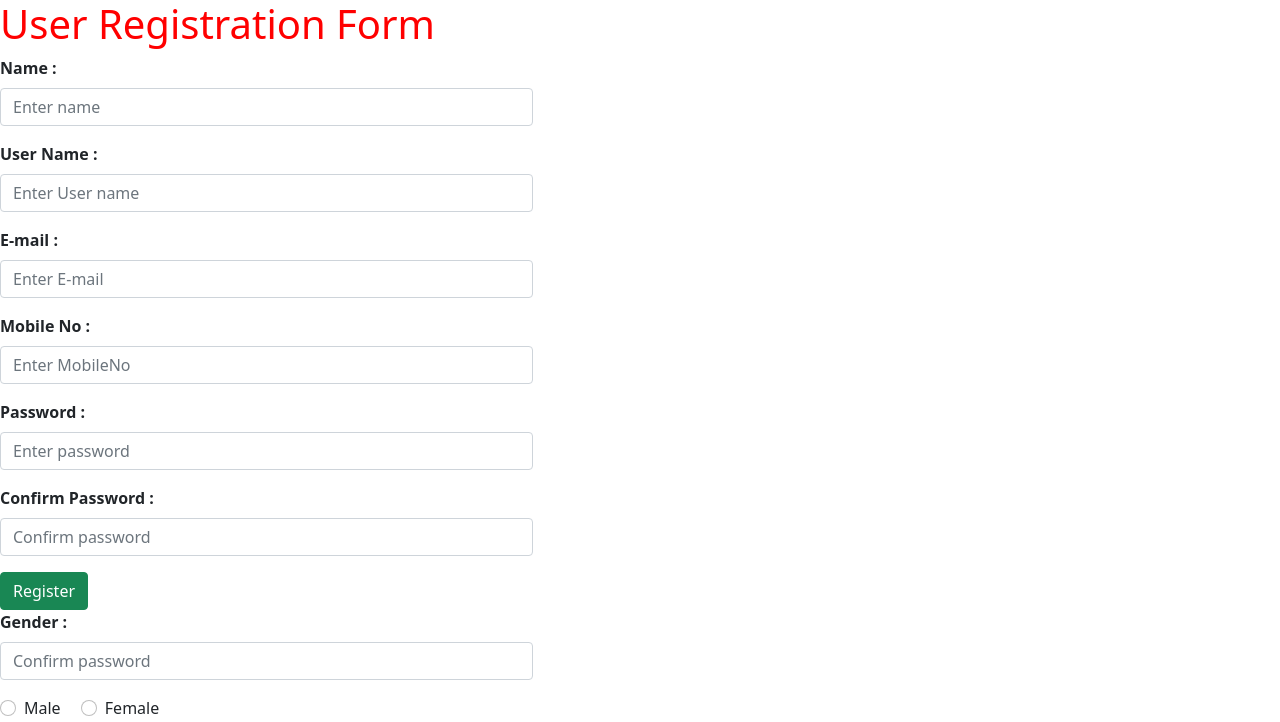
Repository: sntv1005/RegistrationForm
Page: http://localhost/register
These files come from the project's save history. The page is drawn as it stood at one moment and after the next save; the edit follows.
The browser window is 1280 px wide. The pictures show the whole page.
The page is this project's Thymeleaf template; nobody is signed in. The template is opened directly, without the code that normally fills it, so the values that code supplies are empty.

Above is the page before, as saved 2023-12-01 06:09:56.

### RegistrationForm/src/main/resources/templates/register.html
<!doctype html>
<html lang="en">
  <head>
    <meta charset="utf-8">
    <meta name="viewport" content="width=device-width, initial-scale=1">

    <link href="https://cdn.jsdelivr.net/npm/bootstrap@5.0.2/dist/css/bootstrap.min.css" rel="stylesheet" integrity="sha384-EVSTQN3/azprG1Anm3QDgpJLIm9Nao0Yz1ztcQTwFspd3yD65VohhpuuCOmLASjC" crossorigin="anonymous">

	 <script src="https://cdn.jsdelivr.net/npm/bootstrap@5.0.2/dist/js/bootstrap.bundle.min.js" integrity="sha384-MrcW6ZMFYlzcLA8Nl+NtUVF0sA7MsXsP1UyJoMp4YLEuNSfAP+JcXn/tWtIaxVXM" crossorigin="anonymous"></script>


    <title>Register Form </title>
  </head>
  <body>
	  <div class=""container>
		  <h1 style=" color: red"> User Registration Form </h1>

		  <form class="col-5">
			   <div class="mb-3" >
			       <label for="exampleFormControlInput1" class="form-label"><b>Name : </b></label>
			       <input type="name" class="form-control" id="exampleFormControlInput1" placeholder="Enter name">
		       </div>

		        <div class="mb-3" >
			       <label for="exampleFormControlInput1" class="form-label"><b>User Name : </b></label>
			       <input type="name" class="form-control" id="exampleFormControlInput1" placeholder="Enter User name">
		       </div>

		        <div class="mb-3" >
			       <label for="exampleFormControlInput1" class="form-label"><b>E-mail : </b></label>
			       <input type="email" class="form-control" id="exampleFormControlInput1" placeholder="Enter E-mail">
		       </div>

		        <div class="mb-3" >
			       <label for="exampleFormControlInput1" class="form-label"><b>Mobile No  : </b></label>
			       <input type="name" class="form-control" id="exampleFormControlInput1" placeholder="Enter MobileNo">
		       </div>

		        <div class="mb-3" >
			       <label for="exampleFormControlInput1" class="form-label"><b>Password : </b></label>
			       <input type="password" class="form-control" id="exampleFormControlInput1" placeholder="Enter password">
		       </div>

		        <div class="mb-3" >
			       <label for="exampleFormControlInput1" class="form-label"><b>Confirm Password : </b></label>
			       <input type="password" class="form-control" id="exampleFormControlInput1" placeholder="Confirm password">
		       </div>

		       <button type="submit " class="btn btn-success"> Register </button>

		       <div class="mb-3" >
			       <label for="exampleFormControlInput1" class="form-label"><b> Gender  : </b></label>
			       <input type="password" class="form-control" id="exampleFormControlInput1" placeholder="Confirm password">
		       </div>
		        <div class="form-check form-check-inline">
					  <input class="form-check-input" type="radio" name="inlineRadioOptions" id="inlineRadio1" value="option1">
					  <label class="form-check-label" for="inlineRadio1">Male </label>
				</div>
				<div class="form-check form-check-inline">
				  <input class="form-check-input" type="radio" name="inlineRadioOptions" id="inlineRadio2" value="option2">
				  <label class="form-check-label" for="inlineRadio2">Female</label>
				</div>
		  </form>


	  </div>

  </body>
</html>

After the next save:
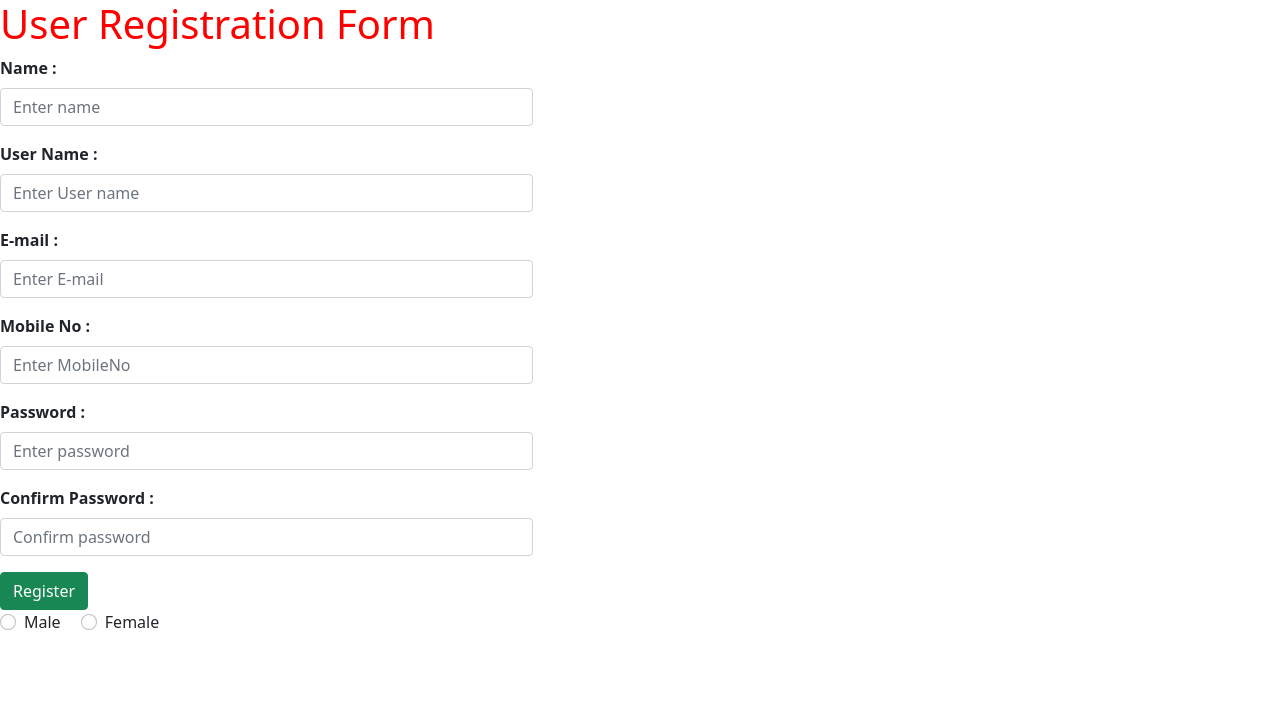
Saved 3 min 56 s later.
--- a/RegistrationForm/src/main/resources/templates/register.html
+++ b/RegistrationForm/src/main/resources/templates/register.html
@@ -49,16 +49,14 @@
 		       <button type="submit " class="btn btn-success"> Register </button>
 
 		       <div class="mb-3" >
-			       <label for="exampleFormControlInput1" class="form-label"><b> Gender  : </b></label>
-			       <input type="password" class="form-control" id="exampleFormControlInput1" placeholder="Confirm password">
-		       </div>
-		        <div class="form-check form-check-inline">
-					  <input class="form-check-input" type="radio" name="inlineRadioOptions" id="inlineRadio1" value="option1">
-					  <label class="form-check-label" for="inlineRadio1">Male </label>
-				</div>
-				<div class="form-check form-check-inline">
-				  <input class="form-check-input" type="radio" name="inlineRadioOptions" id="inlineRadio2" value="option2">
-				  <label class="form-check-label" for="inlineRadio2">Female</label>
+			        <div class="form-check form-check-inline">
+						  <input class="form-check-input" type="radio" name="inlineRadioOptions" id="inlineRadio1" value="option1">
+						  <label class="form-check-label" for="inlineRadio1">Male </label>
+					</div>
+					<div class="form-check form-check-inline">
+					  <input class="form-check-input" type="radio" name="inlineRadioOptions" id="inlineRadio2" value="option2">
+					  <label class="form-check-label" for="inlineRadio2">Female</label>
+					</div>
 				</div>
 		  </form>
 
